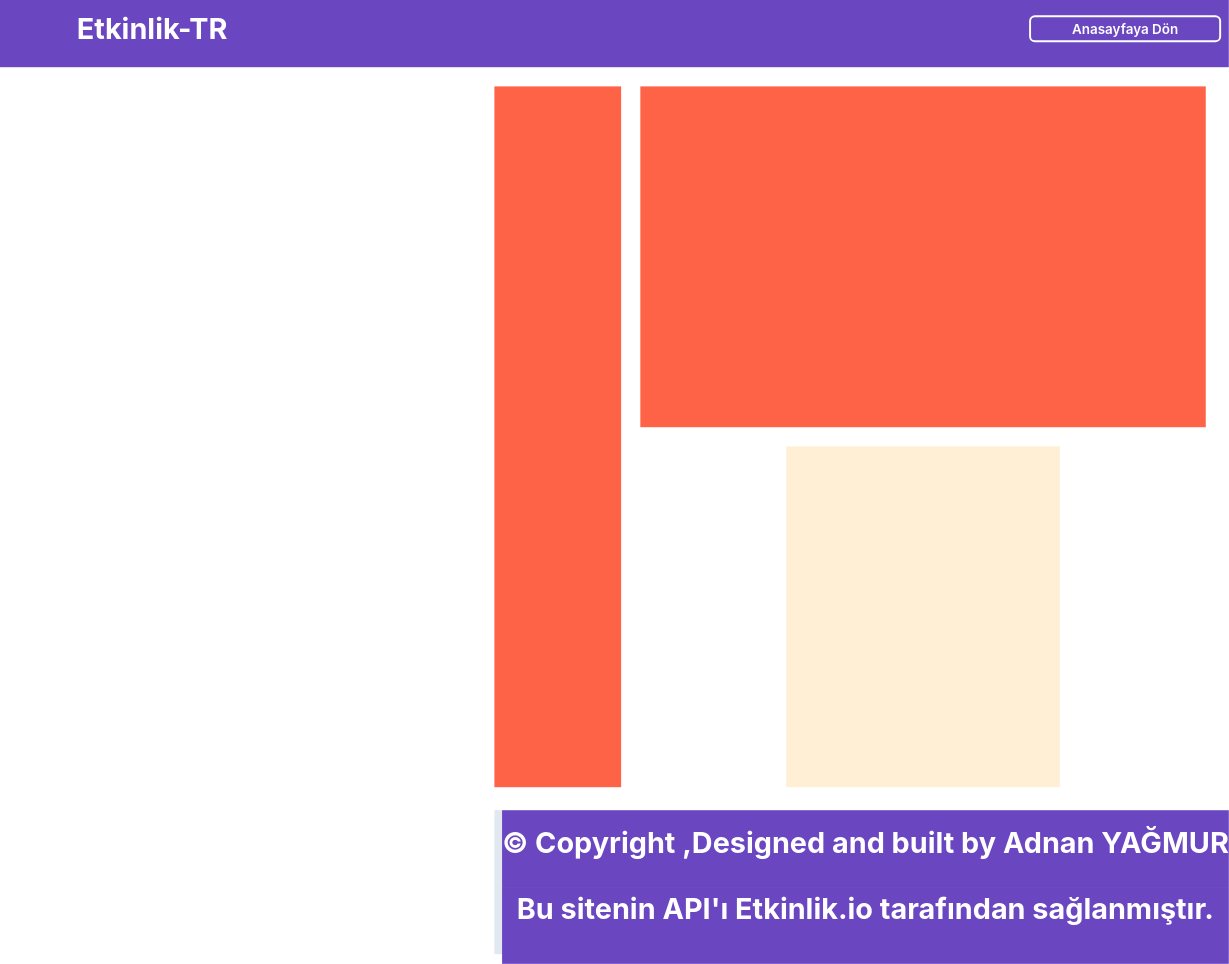
Repository: adnanyagmur/EtsTur-FrontEnd-Hiring-Challange
Page: /detailPage
These files come from the project's save history. The page is drawn as it stood at one moment and after the next save; the edit follows.
The browser window is 1280 px wide. The pictures show the whole page, at 96% of full size.
The project was rebuilt for these pictures with package versions that can differ from the ones it lists, and the page was loaded fresh each time. Also part of the build but not shown: src/index.css, src/components/eventList/EventList.jsx, src/components/hompage/HomePage.jsx, src/pastApi/json.js, src/components/pastEventList/PastList.jsx.

Above is the page before, as saved 2022-06-21 22:13:02.

After the next save:
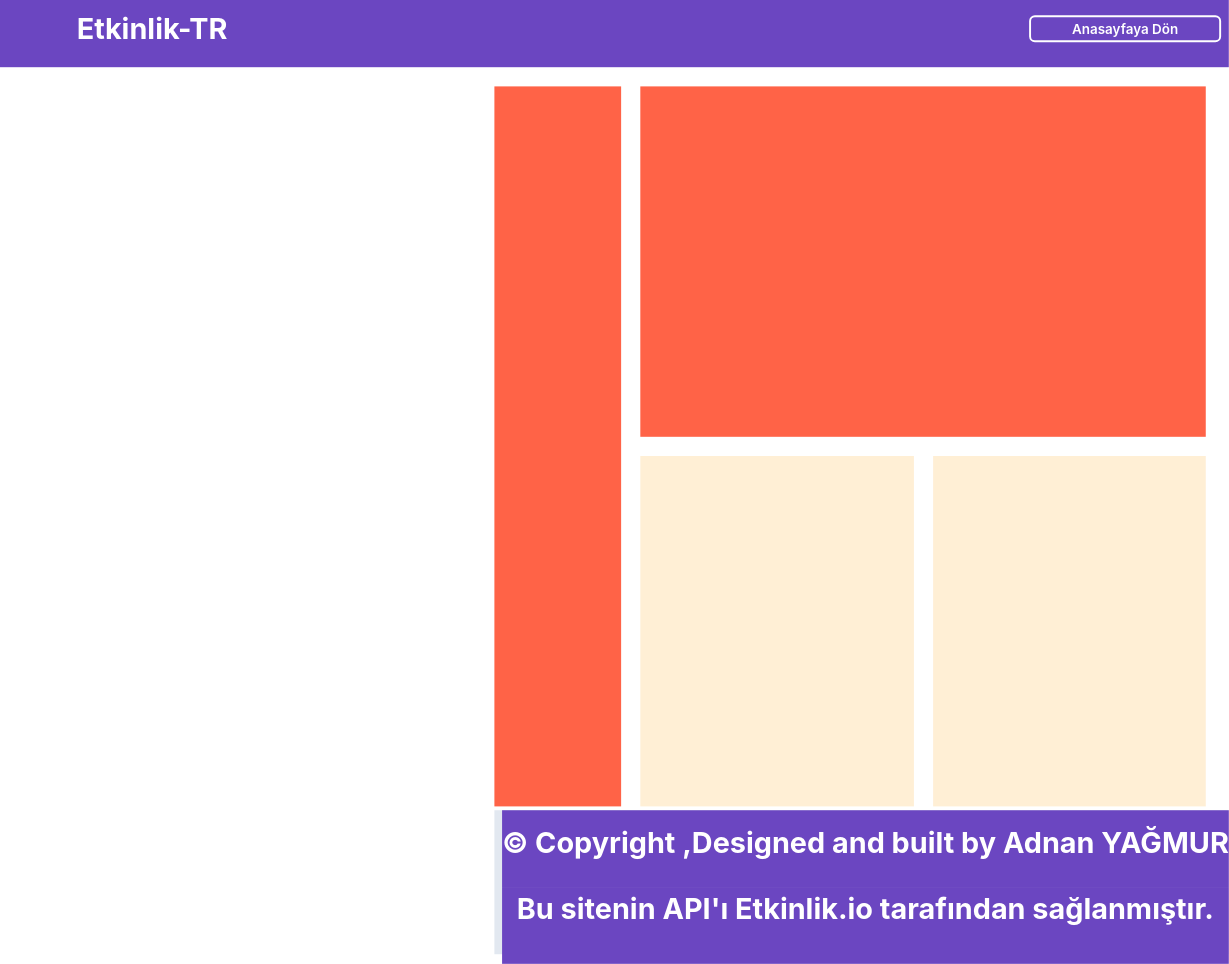
Saved 21 s later.
--- a/src/components/detailPage/DetailPage.jsx
+++ b/src/components/detailPage/DetailPage.jsx
@@ -80,8 +80,9 @@ const DetailPage= ()=> {
 </Text>
 <Text> {venue } </Text>
 <Text> {ticketLink} </Text>
-<Text> {address} </Text></GridItem>
-<Text> {district} </Text>
+<Text> {address} </Text>
+<Text> {district} </Text></GridItem>
+
 
   <GridItem colSpan={2} bg='papayawhip' />
   <GridItem colSpan={2} bg='papayawhip' />
